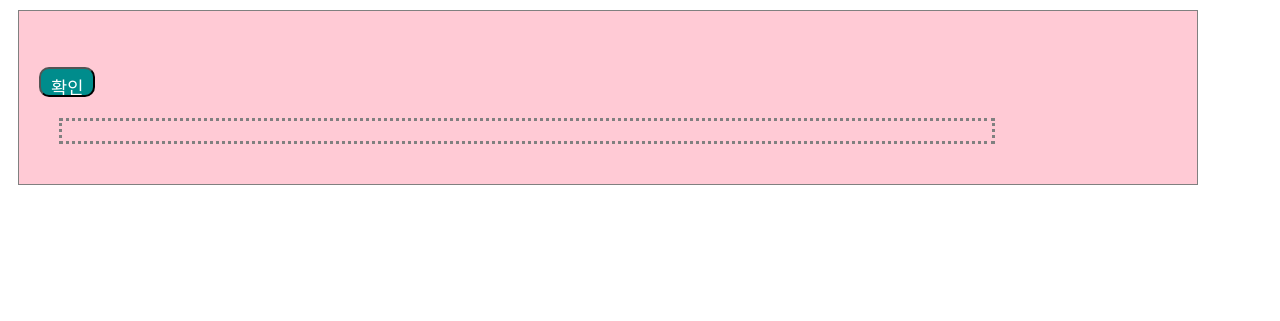
Repository: jeje0130/html
Page: jqpro/WebContent/0129/bindButton.html
The author's editor kept a copy of each file at every save. The page is drawn from the files as they stood at one save, then again after the next save.
The browser window is 1280 px wide. The pictures show the whole page.

Above is the page before, as saved 2021-01-29 03:43:07.

After the next save:
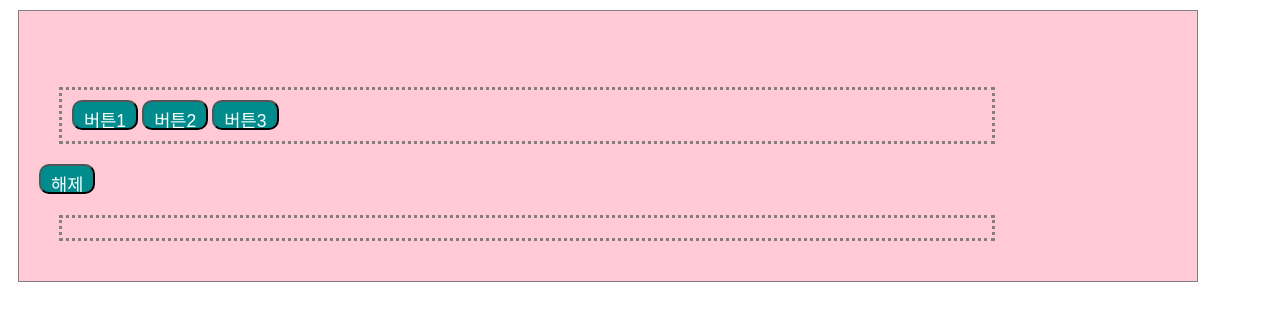
Saved 2 min 26 s later.
--- a/jqpro/WebContent/0129/bindButton.html
+++ b/jqpro/WebContent/0129/bindButton.html
@@ -3,22 +3,29 @@
 <head>
 <meta charset="UTF-8">
 <title>Insert title here</title>
-<link rel = "stylesheet" href = "../css/public.css">
+<link rel="stylesheet" href="../css/public.css">
 <script src="../js/jquery-3.5.1.min.js"></script>
 <script>
+
 </script>
 <style>
 </style>
 </head>
 <body>
 
-<div class="box">
+	<div class="box">
 
- <br><br>
+		<br>
+		<br>
+		<div>
+			<input class="btn" type="button" value="버튼1">
+			<input class="btn" type="button" value="버튼2">
+			<input class="btn" type="button" value="버튼3">
+		</div>
 
-<input type="button" value="확인">
+		<input type="button" id="clear" value="해제">
 
-<div id="result1"></div>
-</div>
+		<div id="result1"></div>
+	</div>
 </body>
 </html>
